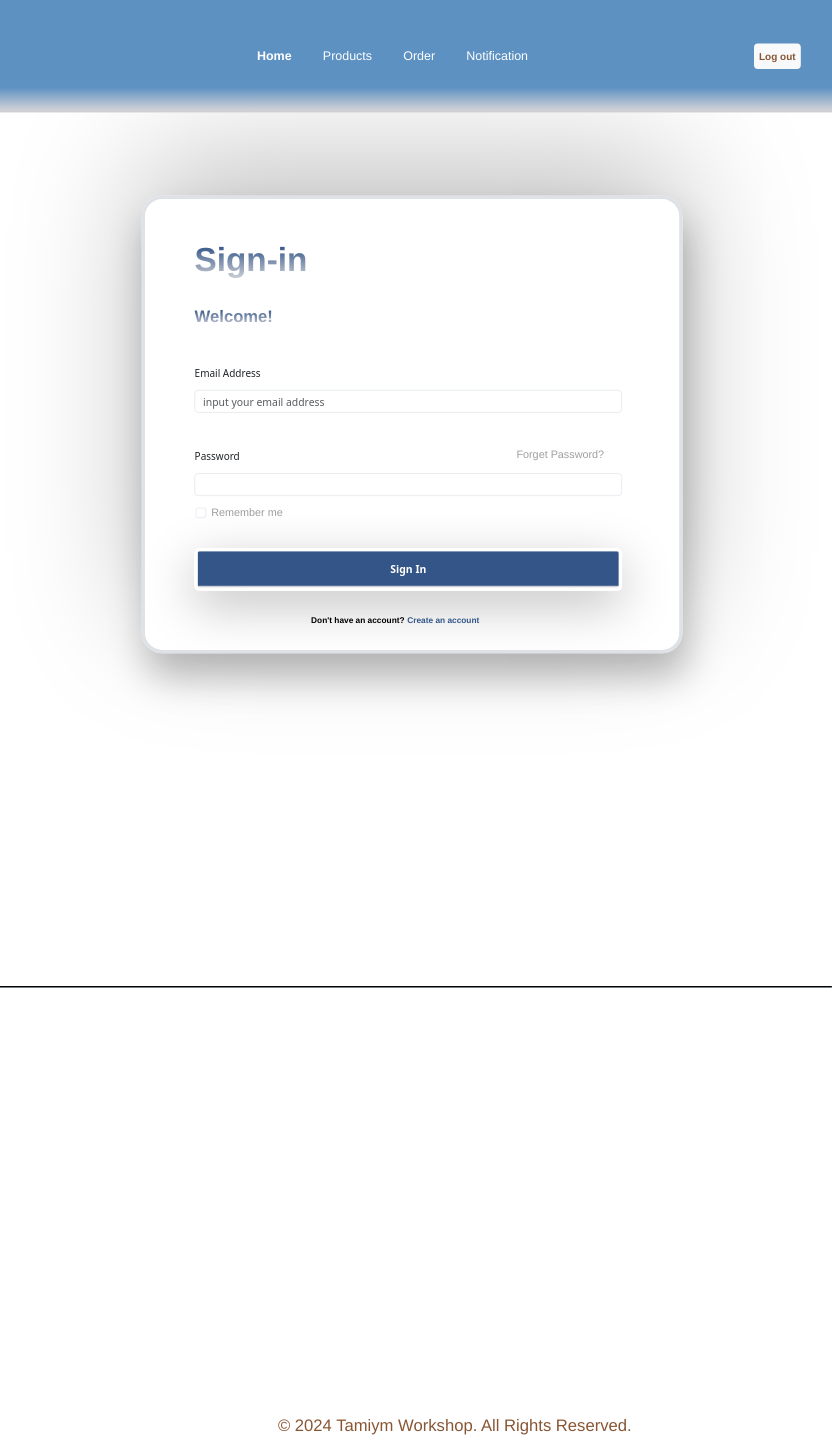
Repository: OVictor21/inventory
Page: /
An editor plug-in stored every save of this project. The page is shown before and after the next save, followed by the edit.
The browser window is 1280 px wide. The pictures show the whole page, at 65% of full size.
The project was rebuilt for these pictures with package versions that can differ from the ones it lists, and the page was loaded fresh each time.

Above is the page before, as saved 2024-12-14 09:47:26.

After the next save:
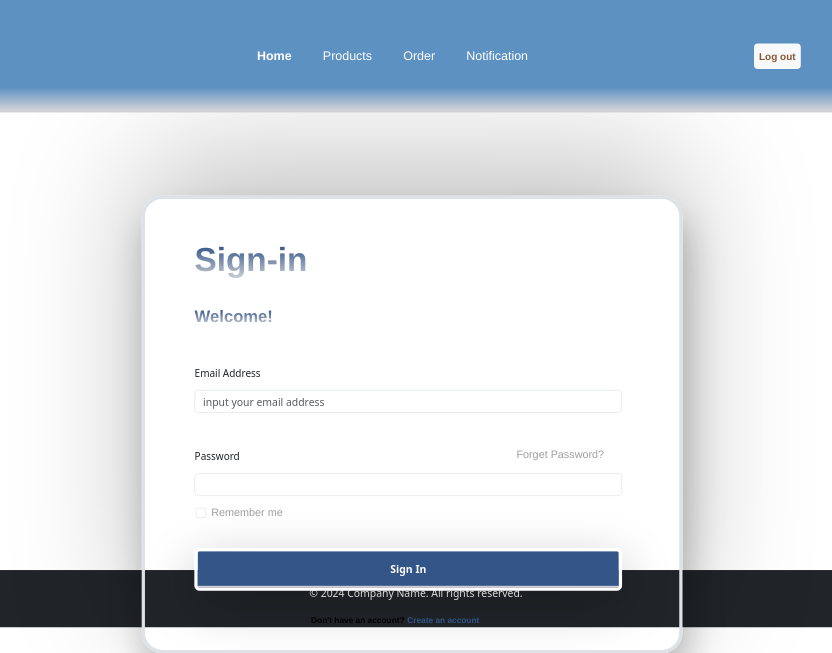
Saved 4 min 29 s later.
--- a/src/body.js
+++ b/src/body.js
@@ -32,10 +32,14 @@ const Body = () => {
 
     </form>
 
-    <footer className='footer-body position-relative'>
-    <div className="text-center py-3 copyright-text position-absolute">
-            © 2024 Tamiym Workshop. All Rights Reserved.
+    <footer className="bg-dark text-white py-4 mt-auto">
+      <div className="container">
+        <div className="row">
+          <div className="col-12 text-center">
+            <p>&copy; 2024 Company Name. All rights reserved.</p>
+          </div>
         </div>
+      </div>
     </footer>
 
     </div>
